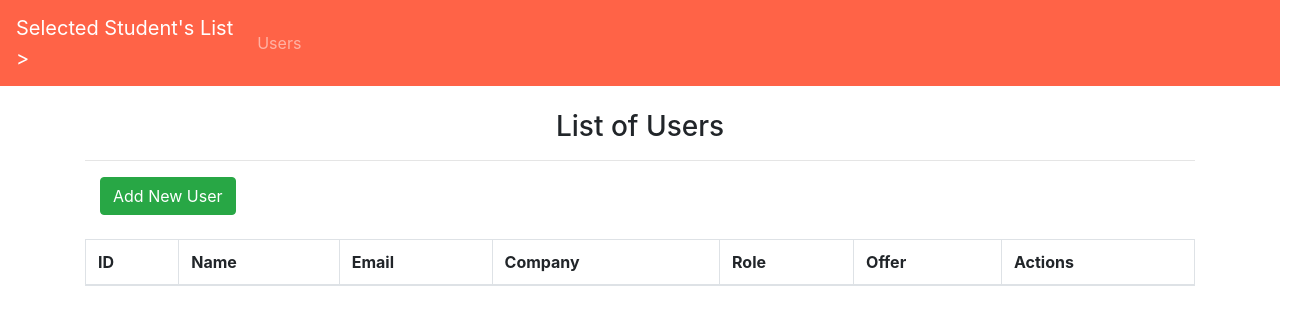
Repository: arnab01/Placement-Portal
Page: http://localhost/Company_Selects/
An editor plug-in stored every save of this project. The page is shown before and after the next save, followed by the edit.
The browser window is 1280 px wide. The page is 1295 px wide, so the pictures cover 1295 px, including what lies to the right of the window. The pictures show the whole page.
The page is served by Tomcat 9. Other server files are loaded and not shown. Queries for data that is not in the repository find no rows.

Above is the page before, as saved 2020-11-27 20:10:18.

### JSP/final_selects/Company_Selects/WebContent/user-list.jsp
<%@ page language="java" contentType="text/html; charset=UTF-8"
	pageEncoding="UTF-8"%>
<%@ taglib uri="http://java.sun.com/jsp/jstl/core" prefix="c"%>
<html>
<head>
<title>User Management Application</title>
<link rel="stylesheet"
	href="https://stackpath.bootstrapcdn.com/bootstrap/4.3.1/css/bootstrap.min.css"
	integrity="sha384-ggOyR0iXCbMQv3Xipma34MD+dH/1fQ784/j6cY/iJTQUOhcWr7x9JvoRxT2MZw1T"
	crossorigin="anonymous">
</head>
<body>

	<header>
		<nav class="navbar navbar-expand-md navbar-dark"
			style="background-color: tomato">
			<div>
				<a href="https://www.javaguides.net" class="navbar-brand"><center> Selected Student's List </center>></a>
			</div>

			<ul class="navbar-nav">
				<li><a href="<%=request.getContextPath()%>/list"
					class="nav-link">Users</a></li>
			</ul>
		</nav>
	</header>
	<br>

	<div class="row">
		<!-- <div class="alert alert-success" *ngIf='message'>{{message}}</div> -->

		<div class="container">
			<h3 class="text-center">List of Users</h3>
			<hr>
			<div class="container text-left">

				<a href="<%=request.getContextPath()%>/new" class="btn btn-success">Add
					New User</a>
			</div>
			<br>
			<table class="table table-bordered">
				<thead>
					<tr>
						<th>ID</th>
						<th>Name</th>
						<th>Email</th>
						<th>Company</th>
						<th>Role</th>
						<th>Offer</th>
						<th>Actions</th>
					</tr>
				</thead>
				<tbody>
					<!--   for (Todo todo: todos) {  -->
					<c:forEach var="user" items="${listUser}">

						<tr>
							<td><c:out value="${user.id}" /></td>
							<td><c:out value="${user.name}" /></td>
							<td><c:out value="${user.email}" /></td>
							<td><c:out value="${user.company}" /></td>
							<td><c:out value="${user.role}" /></td>
							<td><c:out value="${user.offer}" /></td>
							<td><a href="edit?id=<c:out value='${user.id}' />">Edit</a>
								&nbsp;&nbsp;&nbsp;&nbsp; <a
								href="delete?id=<c:out value='${user.id}' />">Delete</a></td>
						</tr>
					</c:forEach>
					<!-- } -->
				</tbody>

			</table>
		</div>
	</div>
</body>
</html>

### JSP/final_selects/Company_Selects/src/company/selects/web/UserServlet.java
package company.selects.web;

import java.io.IOException;
import java.sql.SQLException;
import java.util.List;

import javax.servlet.RequestDispatcher;
import javax.servlet.ServletException;
import javax.servlet.annotation.WebServlet;
import javax.servlet.http.HttpServlet;
import javax.servlet.http.HttpServletRequest;
import javax.servlet.http.HttpServletResponse;

import company.selects.dao.UserDAO;
import company.selects.model.User;

/**
 * ControllerServlet.java
 * This servlet acts as a page controller for the application, handling all
 * requests from the user.
 * @email Ramesh Fadatare
 */

@WebServlet("/")
public class UserServlet extends HttpServlet {
	private static final long serialVersionUID = 1L;
	private UserDAO userDAO;

	public void init() {
		userDAO = new UserDAO();
	}


	protected void doPost(HttpServletRequest request, HttpServletResponse response)
			throws ServletException, IOException {
		doGet(request, response);
	}

	protected void doGet(HttpServletRequest request, HttpServletResponse response)
			throws ServletException, IOException {
		String action = request.getServletPath();

		try {
			switch (action) {
			case "/new":
				showNewForm(request, response);
				break;
			case "/insert":
				insertUser(request, response);
				break;
			case "/delete":
				deleteUser(request, response);
				break;
			case "/edit":
				showEditForm(request, response);
				break;
			case "/update":
				updateUser(request, response);
				break;
			default:
				listUser(request, response);
				break;
			}
		} catch (SQLException ex) {
			throw new ServletException(ex);
		}
	}

	private void listUser(HttpServletRequest request, HttpServletResponse response)
			throws SQLException, IOException, ServletException {
		List<User> listUser = userDAO.selectAllUsers();
		request.setAttribute("listUser", listUser);
		RequestDispatcher dispatcher = request.getRequestDispatcher("user-list.jsp");
		dispatcher.forward(request, response);
	}

	private void showNewForm(HttpServletRequest request, HttpServletResponse response)
			throws ServletException, IOException {
		RequestDispatcher dispatcher = request.getRequestDispatcher("user-form.jsp");
		dispatcher.forward(request, response);
	}

	private void showEditForm(HttpServletRequest request, HttpServletResponse response)
			throws SQLException, ServletException, IOException {
		int id = Integer.parseInt(request.getParameter("id"));
		User existingUser = userDAO.selectUser(id);
		RequestDispatcher dispatcher = request.getRequestDispatcher("user-form.jsp");
		request.setAttribute("user", existingUser);
		dispatcher.forward(request, response);

	}

	private void insertUser(HttpServletRequest request, HttpServletResponse response)
			throws SQLException, IOException {
		String name = request.getParameter("name");
		String email = request.getParameter("email");
		String company = request.getParameter("company");
		String role = request.getParameter("role");
		String offer = request.getParameter("offer");

		User newUser = new User(name, email, company, role, offer);
		userDAO.insertUser(newUser);
		response.sendRedirect("list");
	}

	private void updateUser(HttpServletRequest request, HttpServletResponse response)
			throws SQLException, IOException {
		int id = Integer.parseInt(request.getParameter("id"));
		String name = request.getParameter("name");
		String email = request.getParameter("email");
		String company = request.getParameter("company");
		String role = request.getParameter("role");
		String offer = request.getParameter("offer");

		User book = new User(name, email, company, role, offer);
		userDAO.updateUser(book);
		response.sendRedirect("list");
	}

	private void deleteUser(HttpServletRequest request, HttpServletResponse response)
			throws SQLException, IOException {
		int id = Integer.parseInt(request.getParameter("id"));
		userDAO.deleteUser(id);
		response.sendRedirect("list");

	}
}

After the next save:
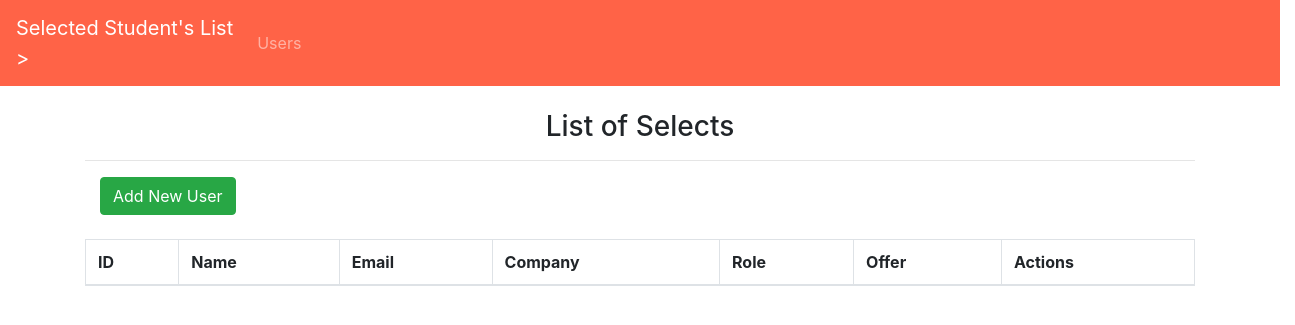
Saved 2 min 16 s later.
--- a/JSP/final_selects/Company_Selects/WebContent/user-list.jsp
+++ b/JSP/final_selects/Company_Selects/WebContent/user-list.jsp
@@ -30,7 +30,7 @@
 		<!-- <div class="alert alert-success" *ngIf='message'>{{message}}</div> -->
 
 		<div class="container">
-			<h3 class="text-center">List of Users</h3>
+			<h3 class="text-center">List of Selects</h3>
 			<hr>
 			<div class="container text-left">
 
